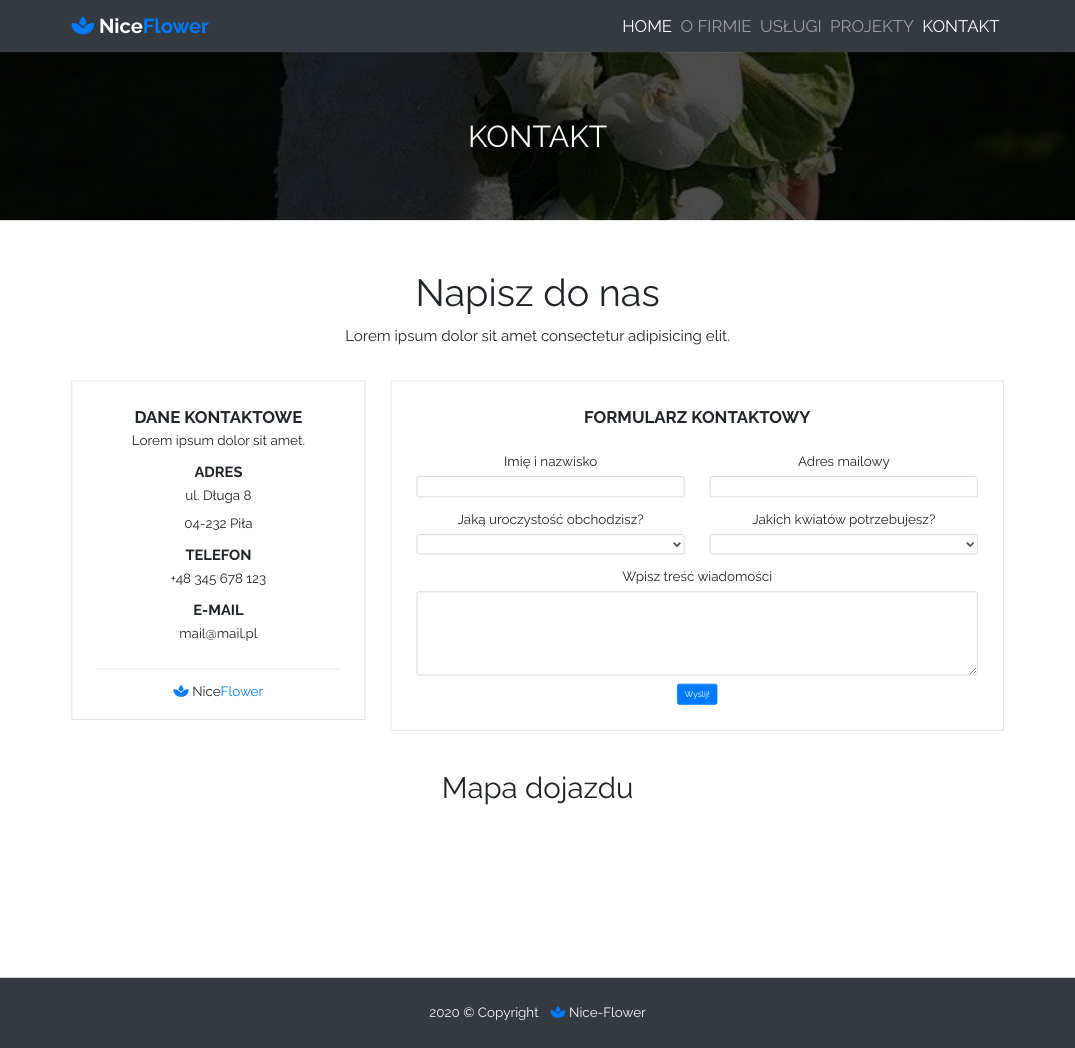
Repository: KrzysKolo/Projekt-13_Kwiaciarnia
Page: contact.html
The author's editor kept a copy of each file at every save. The page is drawn from the files as they stood at one save, then again after the next save.
The browser window is 1280 px wide. The pictures show the whole page, at 84% of full size.
Pictures or frames that could not be fetched are drawn as grey boxes. Some web libraries are served in a nearby version.

Above is the page before, as saved 2020-08-11 13:58:45.

After the next save:
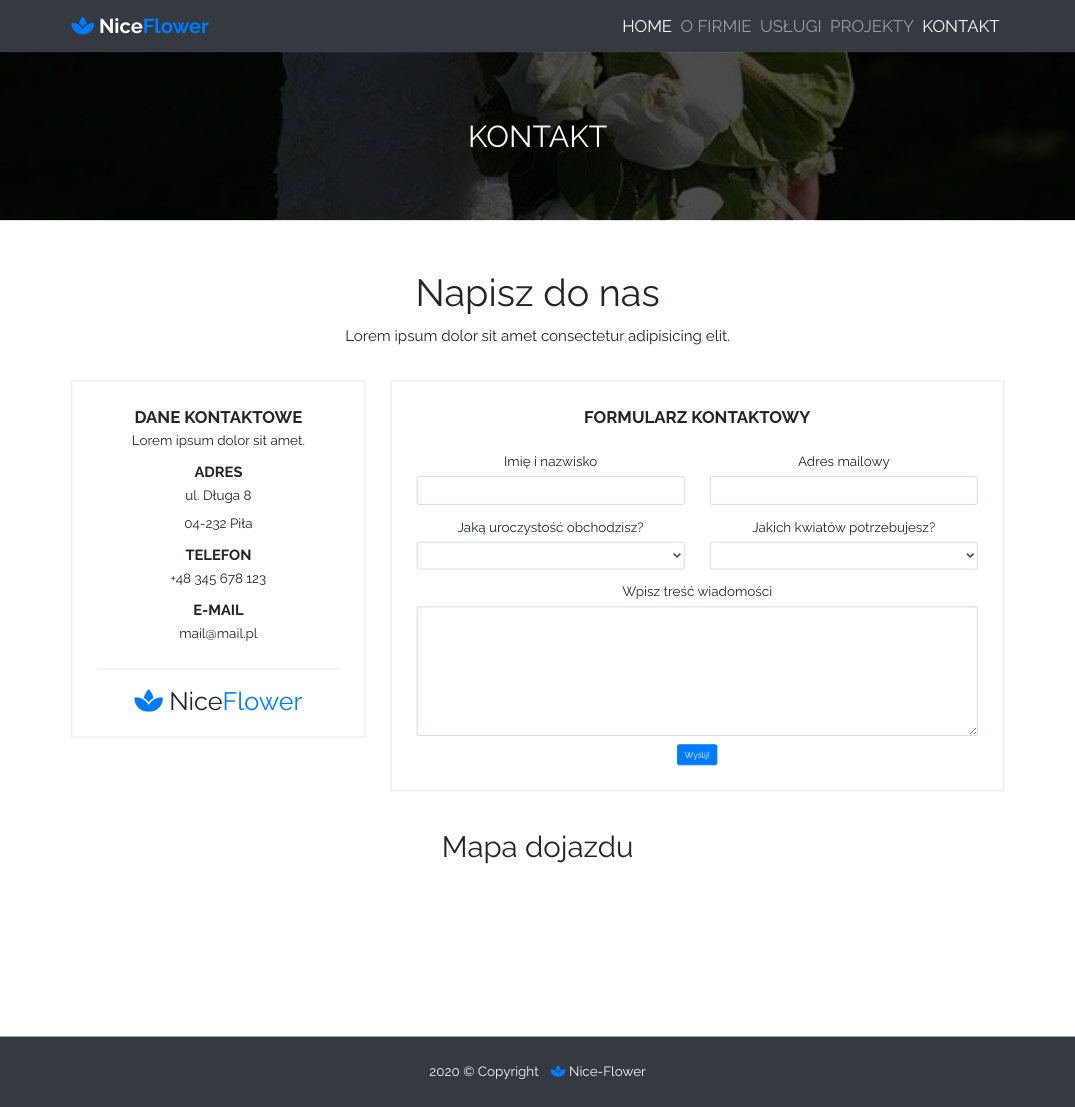
Saved 3 min 1 s later.
--- a/style.css
+++ b/style.css
@@ -214,6 +214,14 @@ header {
   text-transform: uppercase;
   font-weight: bold;
 }
+.contact-logo {
+  font-size: 3rem;
+}
+.contact input,
+.contact select,
+.contact textarea {
+  font-size: 1.6rem;
+}
 /* ----------- */
 /*    footer   */
 /* ----------- */
